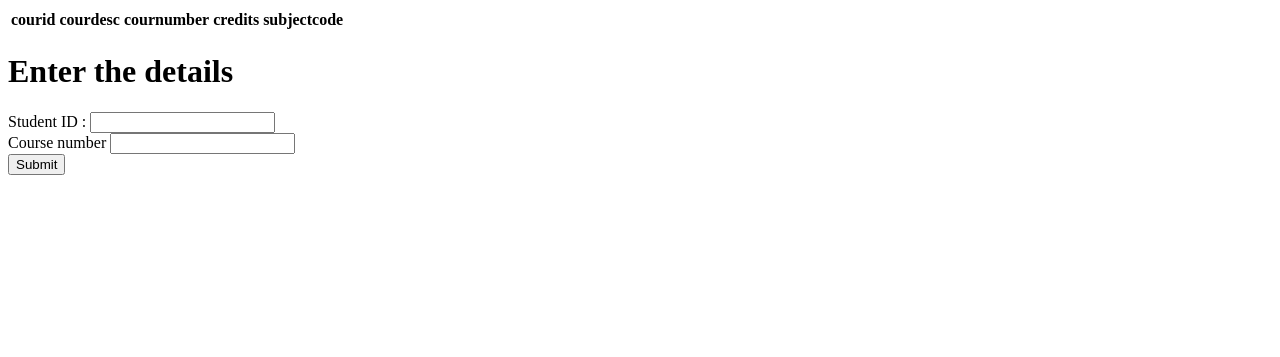
Repository: sanjukthas/NumberUtility
Page: http://localhost/HarrisonCollege/Enroll.jsp
The author's editor kept a copy of each file at every save. The page is drawn from the files as they stood at one save, then again after the next save.
The browser window is 1280 px wide. The pictures show the whole page.
The page is served by Tomcat 9. Other server files are loaded and not shown.

Above is the page before, as saved 2016-07-22 20:32:38.

### HarrisonCollege/WebContent/Enroll.jsp
<%@ page language="java" contentType="text/html; charset=UTF-8"
    pageEncoding="UTF-8"%>
       <%@ taglib prefix="c" uri="http://java.sun.com/jsp/jstl/core" %>
<%@ taglib prefix="fmt" uri="http://java.sun.com/jsp/jstl/fmt" %>
<!DOCTYPE html PUBLIC "-//W3C//DTD HTML 4.01 Transitional//EN" "http://www.w3.org/TR/html4/loose.dtd">
<html>
<head>
<meta http-equiv="Content-Type" content="text/html; charset=UTF-8">

</head>
<body>
<title>Enroll Yourself</title>
</head>
<body>

 <title>Enroll Yourself</title>

<div class="container">

<table class="table table-bordered table-striped table-hover">
    <thead>
    <tr><th>courid</th><th>courdesc</th><th>cournumber</th><th>credits</th><th>subjectcode</th>
    </thead>
    <tbody>

    <c:forEach var="cours" items="${cours}">

       <tr>
        <td><c:out value="${cours.courid}"/></td>
        <td><c:out value="${cours.courdesc}"/></td>
        <td><c:out value="${cours.cournumber}" /></td>
        <td><c:out value="${cours.credits}" /></td>
        <td><c:out value="${cours.subjectcode}" /></td>
        </tr>

    </c:forEach>


    </tbody>
    </table>

</div>
<h1>Enter the details</h1>
 <form role="form" action="Register" method="post">
  <div class="form-group">
    <label for=" student">Student ID :</label>
    <input type="text" name="student" class="form-control" id="student">
  </div>
  <div class="form-group">
    <label for="cournumber">Course number</label>
    <input type="text" name="cournumber" class="form-control" id="cournumber">
  </div>

  <input type="submit" id="submit" value="Submit" class="btn btn-default">
</form>

</body>
</html>

After the next save:
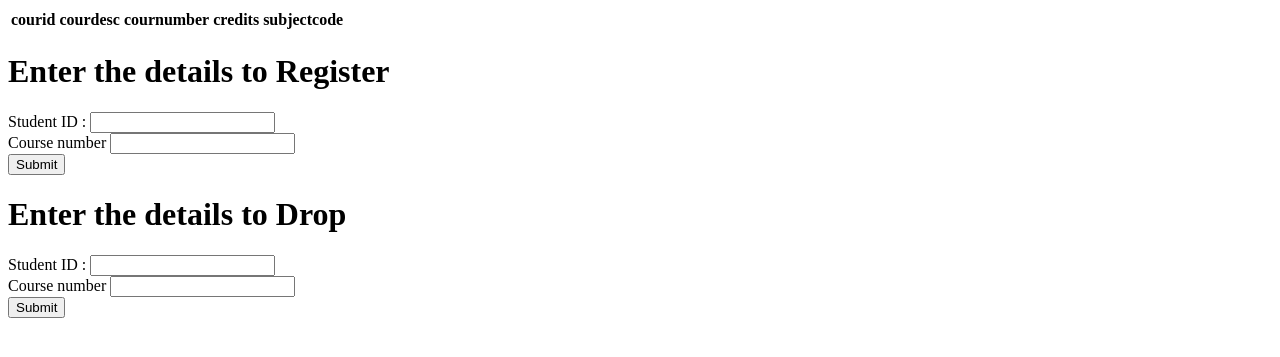
Saved 4 min 26 s later.
--- a/HarrisonCollege/WebContent/Enroll.jsp
+++ b/HarrisonCollege/WebContent/Enroll.jsp
@@ -40,7 +40,26 @@
     </table>
 
 </div>
-<h1>Enter the details</h1>
+
+
+
+<h1>Enter the details to Register</h1>
+ <form role="form" action="Register" method="post">
+  <div class="form-group">
+    <label for=" student">Student ID :</label>
+    <input type="text" name="student" class="form-control" id="student">
+  </div>
+  <div class="form-group">
+    <label for="cournumber">Course number</label>
+    <input type="text" name="cournumber" class="form-control" id="cournumber">
+  </div>
+
+  <input type="submit" id="submit" value="Submit" class="btn btn-default">
+
+
+
+</form>
+<h1>Enter the details to Drop</h1>
  <form role="form" action="Register" method="post">
   <div class="form-group">
     <label for=" student">Student ID :</label>
@@ -53,6 +72,5 @@
 
   <input type="submit" id="submit" value="Submit" class="btn btn-default">
 </form>
-
 </body>
 </html>
